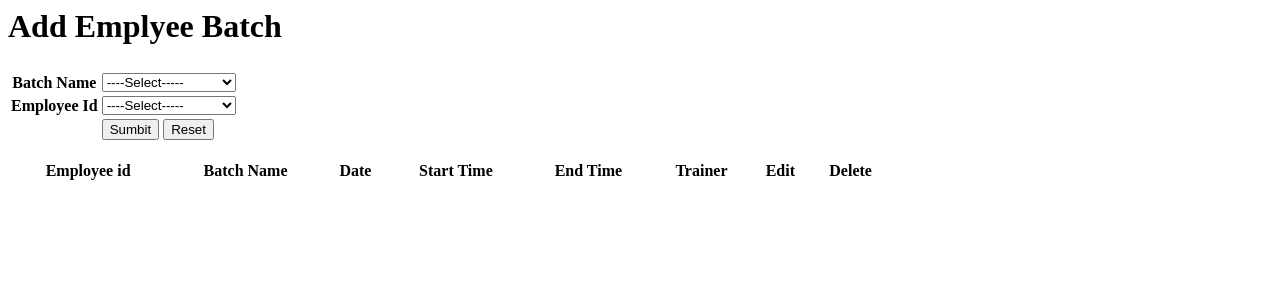
Repository: Dipak27/Dipak-s-front-end
Page: http://localhost/Traning_Management/batchemployeeadd.jsp
These files come from the project's save history. The page is drawn as it stood at one moment and after the next save; the edit follows.
The browser window is 1280 px wide. The pictures show the whole page.
The page is served by Tomcat 9. Other server files are loaded and not shown.

Above is the page before, as saved 2016-11-10 04:57:03.

### Training Management Project/Traning_Management/src/main/webapp/batchemployeeadd.jsp
	<!-- CONTENTS START -->

		<div class="container_24">
			<div class="grid_24">

				<div class="contents">

					<div class="padding_20">
						<h1>Add Emplyee Batch</h1>
					</div>
						<div class="grid_6 alpha">

								<div class="padding_20 text-justify" ng-controller="">
									<form ng-submit="myMethod()">
									<table class="form-table" style="width:auto">
										<tr>
                        						<td><input type="hidden" ng-model="batch.batchId"></td>
                        					</tr>
                        					<tr>
												<th>
														Batch Name
												</th>
												<td>
													<select id="select1"  class="validate[required]" ng-model="" style="width:120%"  >
													<option value="null">----Select-----</option>

                                        			</select>												</td>

											</tr>

												<tr>
												<th>
													Employee Id
												</th>
												<td>
													<select id="select1"  class="validate[required]" ng-model="" style="width:120%"  >
													<option value="null">----Select-----</option>
                                        			</select>											</td>

											</tr>

										<tr>
											<th>
												&nbsp;
											</th>
											<td>
												<input id="Submit1" type="submit" value="Sumbit"  />
												<input id="Reset1" type="reset" value="Reset" onclick="this.form.clear();" />
											</td>
										</tr>

									</table>
								</form>
							</div>

						</div>

						<div class="grid_28 omega">

							<div class="padding_20 text-justify" ng-controller="">
								<form id="frmMain"  class="frmMain" action="#" method="post">


												<table border='0' style="width:70%" class='table11'>
												<tr>
														<th>Employee id</th>
														<th>Batch Name</th>
														<th>Date</th>
														<th>Start Time</th>
														<th>End Time</th>
														<th>Trainer</th>
														<th>Edit</th>
														<th>Delete</th>

												</tr>


													<tr>

														<td></td>
														<td></td>
														<td></td>
														<td></td>
														<td></td>
														<td></td>
														<td></td>
														<td></td>


														</tr>

												     </table>


								</form>
							</div>

						</div>


					<div class="clear"></div>
				</div>
			</div>
		</div>
		<div class="clear"> </div>

		<!-- CONTENTS END -->

After the next save:
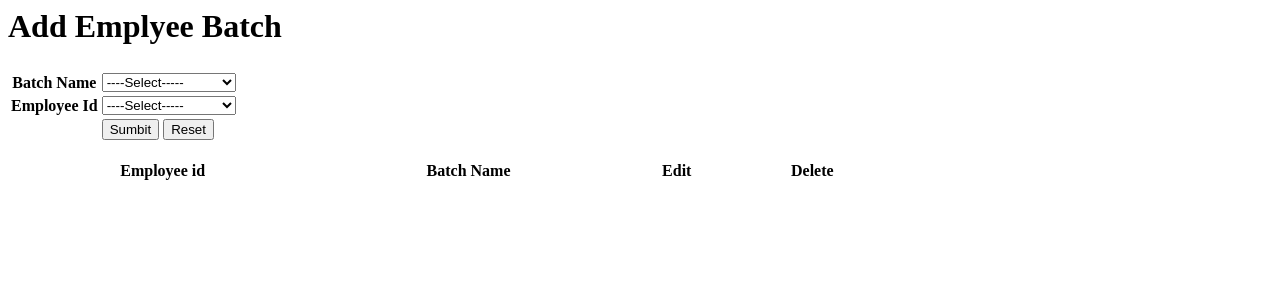
Saved 22 s later.
--- a/Training Management Project/Traning_Management/src/main/webapp/batchemployeeadd.jsp
+++ b/Training Management Project/Traning_Management/src/main/webapp/batchemployeeadd.jsp
@@ -65,10 +65,6 @@
 												<tr>
 														<th>Employee id</th>
 														<th>Batch Name</th>
-														<th>Date</th>
-														<th>Start Time</th>
-														<th>End Time</th>
-														<th>Trainer</th>
 														<th>Edit</th>
 														<th>Delete</th>
 
@@ -81,11 +77,6 @@
 														<td></td>
 														<td></td>
 														<td></td>
-														<td></td>
-														<td></td>
-														<td></td>
-														<td></td>
-
 
 														</tr>
 
